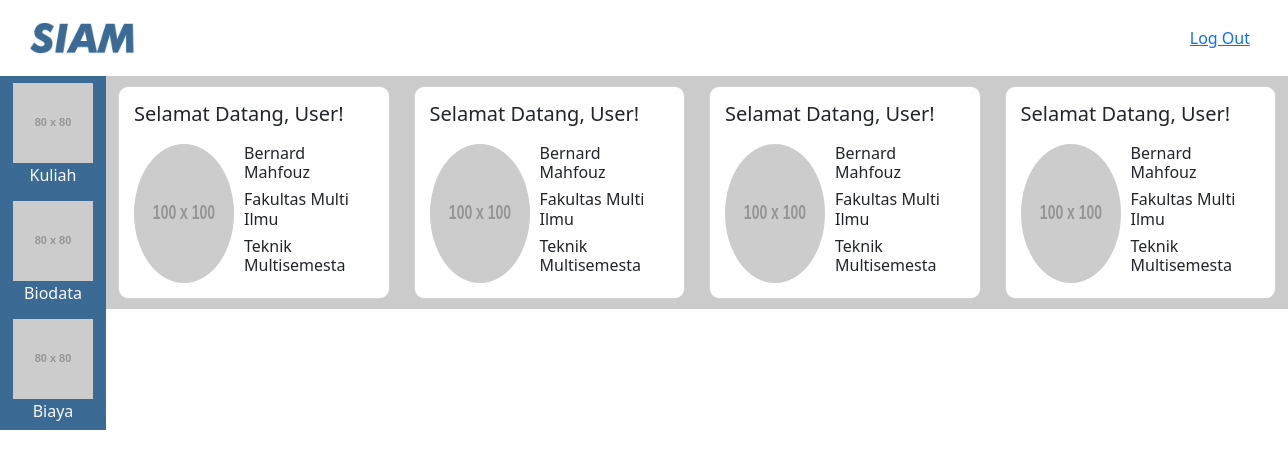
Repository: haikalirf/Project-IMK
Page: kuliah.html
An editor plug-in stored every save of this project. The page is shown before and after the next save, followed by the edit.
The browser window is 1280 px wide. The page is 1288 px wide, then 1280 px, so the pictures cover 1288 px, including what lies to the right of the window. The pictures show the whole page.

Above is the page before, as saved 2022-12-10 14:16:33.

After the next save:
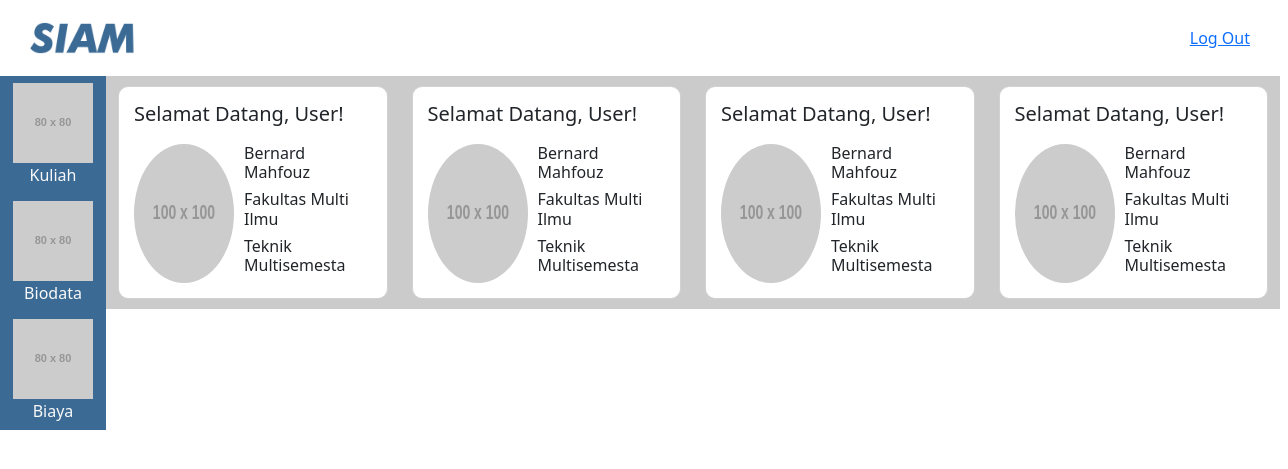
Saved 14 s later.
--- a/styles/kuliah.css
+++ b/styles/kuliah.css
@@ -32,7 +32,7 @@ a img, a label {
 }
 
 main {
-	width: calc(100% - 110px);
+	width: calc(100% - 118px);
 }
 
 .main-rows{
